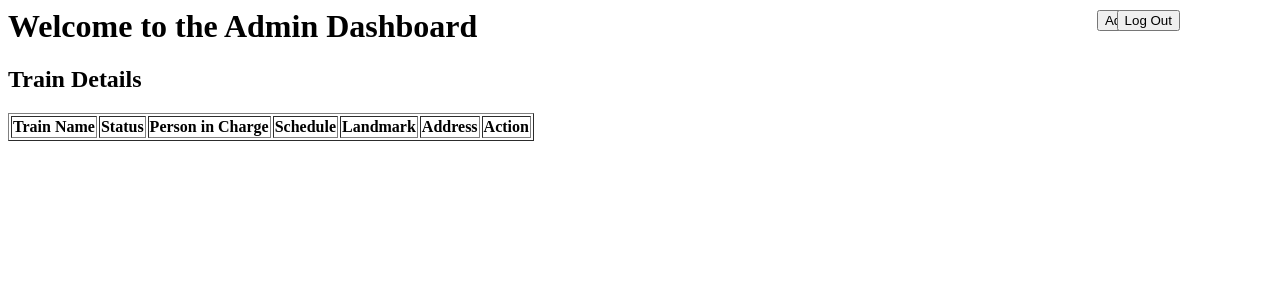
Repository: MohamedUmar083/Project_2
Page: http://localhost/Railway_Crossing_Status/admin-dashboard.jsp
The author's editor kept a copy of each file at every save. The page is drawn from the files as they stood at one save, then again after the next save.
The browser window is 1280 px wide. The pictures show the whole page.
The page is served by Tomcat 10. Queries for data that is not in the repository find no rows.

Above is the page before, as saved 2023-12-22 20:43:57.

After the next save:
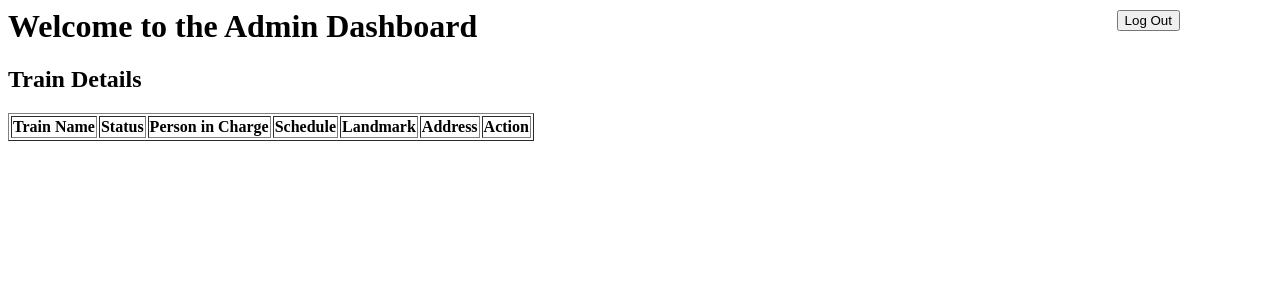
Saved 54 s later.
--- a/Railway Crossing Status/src/main/webapp/admin-dashboard.jsp
+++ b/Railway Crossing Status/src/main/webapp/admin-dashboard.jsp
@@ -14,7 +14,7 @@
 <body>
     <!-- Add Train button -->
     <h1>Welcome to the Admin Dashboard</h1>
-    <form action="add-train.jsp" method="get" style="position: absolute; top: 10px; right: 110px;">
+    <form action="add-train.jsp" method="get" style="position: absolute; top: 10px; right: 1800px;">
         <input type="submit" value="Add Train">
     </form>
     <form action="logout.jsp" method="get" style="position: absolute; top: 10px; right: 100px;">
